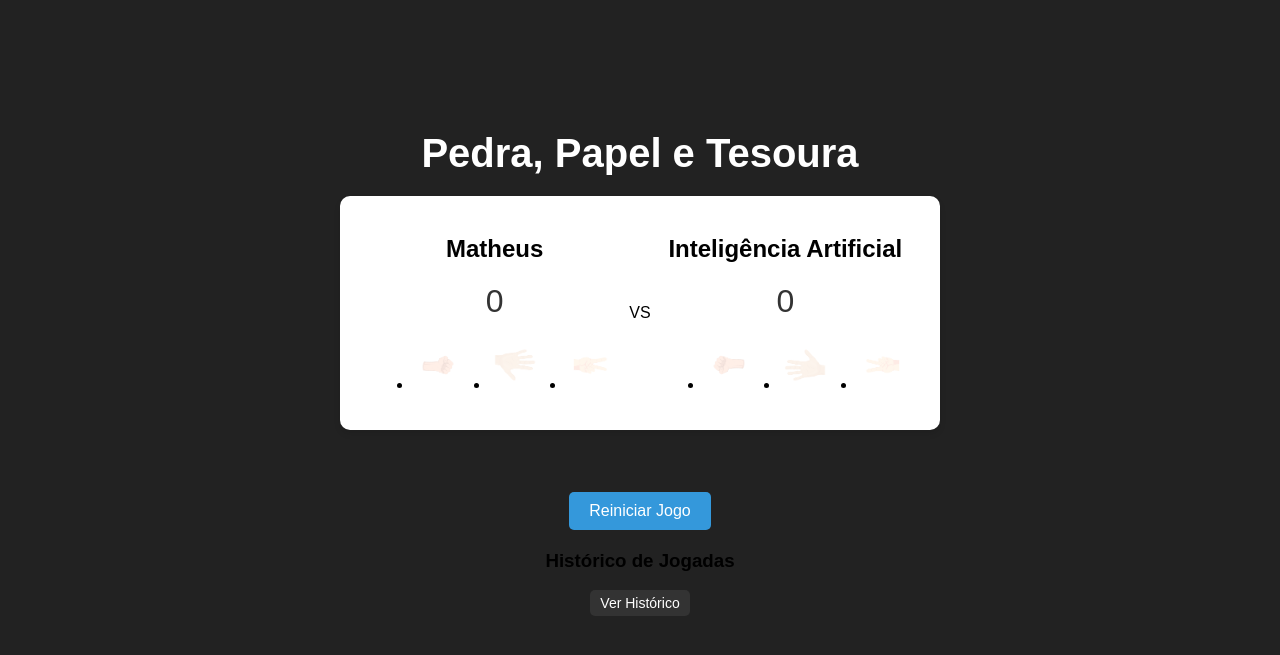
Repository: Matheus904-12/Pedra-Papel
Page: index.html
These files come from the project's save history. The page is drawn as it stood at one moment and after the next save; the edit follows.
The browser window is 1280 px wide. The pictures show the whole page.

Above is the page before, as saved 2023-08-28 20:15:51.

### index.html
<!DOCTYPE html>
<html lang="en">
<head>
    <meta charset="UTF-8">
    <meta name="viewport" content="width=device-width, initial-scale=1.0">
    <title>Pedra, Papel e Tesoura</title>
    <link rel="stylesheet" href="style.css">
    <script src="script.js"></script>
</head>
<body>
    <div class="box">
        <div class="container">
            <h1 id="titulo">Pedra, Papel e Tesoura</h1>
            <div class="placar" id="placar">
                <div class="jogador">
                    <h2 id="jogadorNome">Matheus</h2>
                    <p id="jogadorPontos">0</p>
                    <ul class="escolhas" id="jogadorEscolha">
                        <li>
                            <a id="jogadorEscolha1" class="escolha" onclick="jogar(1)">
                                <img src="img/1-removebg-preview.png" alt="">
                            </a>
                        </li>
                        <li>
                            <a id="jogadorEscolha2" class="escolha" onclick="jogar(2)">
                                <img src="img/2-removebg-preview.png" alt="">
                            </a>
                        </li>
                        <li>
                            <a id="jogadorEscolha3" class="escolha" onclick="jogar(3)">
                                <img src="img/3-removebg-preview.png" alt="">
                            </a>
                        </li>
                    </ul>
                </div>
                <div id="versus">VS</div>
                <div class="computador">
                    <h2 id="computadorNome">Inteligência Artificial</h2>
                    <p id="computadorPontos">0</p>
                    <ul class="escolhas" id="computadorEscolha">
                        <li>
                            <a id="computadorEscolha1" class="escolha">
                                <img src="img2/1.png" alt="">
                            </a>
                        </li>
                        <li>
                            <a id="computadorEscolha2" class="escolha">
                                <img src="img2/2.png" alt="">
                            </a>
                        </li>
                        <li>
                            <a id="computadorEscolha3" class="escolha">
                                <img src="img2/3.png" alt="">
                            </a>
                        </li>
                    </ul>
                </div>
            </div>
            <div class="mensagem">
                <p id="mensagem" class="result-message">&nbsp;</p>
                <button id="reiniciar-jogo" class="reiniciar-jogo" onclick="reiniciarJogo()">Reiniciar Jogo</button>
            </div>
            <div class="historico">
                <h3>Histórico de Jogadas</h3>
                <button id="historico-toggle" class="historico-toggle" onclick="mostrarHistorico()">Ver Histórico</button>
                <ul id="historico-list" class="historico-list">
                    <!-- Histórico de jogadas aqui -->
                </ul>
            </div>
        </div>
    </div>
</body>
</html>

### style.css
ul#jogadorEscolha li a,
ul#computadorEscolha li a{
    opacity: 0.2;
    transition: ease-in-out 0.3s;
}
ul#jogadorEscolha li a:hover,
ul#jogadorEscolha li a.selecionado,
ul#computadorEscolha li a.selecionado {
    opacity: 1;
}

/* Estilos gerais */
body {
    font-family: 'Arial', sans-serif;
    background-color: #222;
    margin: 0;
    padding: 0;
    transition: background-color 0.5s ease;
}

/* Estilo do container principal */
.box {
    display: flex;
    align-items: center;
    justify-content: center;
    min-height: 100vh;
    transition: background-color 0.5s ease;
}

.container {
    width: 100%;
    max-width: 600px;
    text-align: center;
}

/* Estilo do título */
#titulo {
    font-size: 2.5rem;
    color: #fff;
    margin-bottom: 20px;
}

/* Estilo do placar */
.placar {
    display: flex;
    align-items: center;
    justify-content: space-between;
    padding: 20px;
    background-color: #fff;
    border-radius: 10px;
    box-shadow: 0 4px 6px rgba(0, 0, 0, 0.1);
}

.jogador,
.computador {
    width: 50%;
}

.jogador p,
.computador p {
    font-size: 2rem;
    color: #333;
    margin: 0;
}

.escolhas {
    display: flex;
    justify-content: space-around;
    margin-top: 20px;
}

.escolhas img {
    max-width: 50px;
    cursor: pointer;
    transition: transform 0.3s ease;
}

.escolhas img:hover {
    transform: scale(1.1);
}

/* Estilo do resultado/mensagem */
.result-message {
    font-size: 1.2rem;
    margin-top: 20px;
    color: #fff;
}

.result-message.vitoria {
    color: #4CAF50;
}

.result-message.derrota {
    color: #FF5733;
}

.result-message.empate {
    color: #FFC300;
}

/* Estilo do botão reiniciar */
.reiniciar-jogo {
    background-color: #3498db;
    border: none;
    color: white;
    padding: 10px 20px;
    text-align: center;
    text-decoration: none;
    display: inline-block;
    font-size: 16px;
    border-radius: 5px;
    cursor: pointer;
    transition: background-color 0.3s ease;
}

.reiniciar-jogo:hover {
    background-color: #2980b9;
}

/* Estilo do histórico */
.historico {
    text-align: center;
    margin-top: 20px;
}

.historico-toggle {
    background-color: #333;
    border: none;
    color: white;
    padding: 5px 10px;
    font-size: 14px;
    border-radius: 5px;
    cursor: pointer;
    transition: background-color 0.3s ease;
}

.historico-toggle:hover {
    background-color: #222;
}

.historico-list {
    list-style: none;
    padding: 0;
    display: none;
    text-align: left;
}

.historico-list li {
    font-size: 14px;
    margin-bottom: 5px;
    color: #fff;
}

### script.js
let jogadorEscolha = 0;
let jogadorPontos = 0;
let computadorEscolha = 0;
let computadorPontos = 0;
let ganhador = -1;
let historico = [];

function jogar(escolha){
    jogadorEscolha = escolha;
    computadorEscolha = Math.floor(Math.random() * 3) + 1;


/*PEDRA = 1
  PAPEL = 2
  TESOURA = 3
*/

if (jogadorEscolha == 1 && computadorEscolha == 1) {
    ganhador = 0;
    //*PEDRA = PEDRA*//
} else if (jogadorEscolha == 1 && computadorEscolha == 2) {
    ganhador = 2;
    //PEDRA E PAPEL = PAPEL//
} else if (jogadorEscolha == 1 && computadorEscolha == 3) {
    ganhador = 1;
    //PEDRA E TESOURA = PEDRA//
} else if (jogadorEscolha == 2 && computadorEscolha == 1) {
    ganhador = 1;
    //PAPEL E PEDRA = PEDRA
} else if (jogadorEscolha == 2 && computadorEscolha == 2) {
    ganhador =  0;
    //PAPEL E PAPEL = NADA
} else if (jogadorEscolha == 2 && computadorEscolha == 3) {
    ganhador = 2;
    //PAPEL E TESOURA = TESOURA
} else if (jogadorEscolha == 3 && computadorEscolha == 1) {
    ganhador = 2;
    //TESOURA E PEDRA = PEDRA
} else if (jogadorEscolha == 3 && computadorEscolha == 2) {
    ganhador = 1;
    //TESOURA E PAPEL = TESOURA
} else if (jogadorEscolha == 3 && computadorEscolha == 3) {
    ganhador = 0;
    //TESOURA E TESOURA = EMPATE
}


document.getElementById('jogadorEscolha1').classList.remove('selecionado');
document.getElementById('jogadorEscolha2').classList.remove('selecionado');
document.getElementById('jogadorEscolha3').classList.remove('selecionado');
document.getElementById('computadorEscolha1').classList.remove('selecionado');
document.getElementById('computadorEscolha2').classList.remove('selecionado');
document.getElementById('computadorEscolha3').classList.remove('selecionado');



document.getElementById('jogadorEscolha'+jogadorEscolha).classList.add('selecionado');
document.getElementById('computadorEscolha'+computadorEscolha).classList.add('selecionado');


/*
EMPATE = 0;
JOGADOR = 1;
COMPUTADOR = 2;
*/


// Atualizar placar
if (ganhador === 1) {
    jogadorPontos++;
} else if (ganhador === 2) {
    computadorPontos++;
}

document.getElementById('jogadorPontos').textContent = jogadorPontos;
document.getElementById('computadorPontos').textContent = computadorPontos;


// Mensagem do resultado
let mensagem = '';
if (ganhador === 1) {
    mensagem = 'Você venceu!';
} else if (ganhador === 2) {
    mensagem = 'Você perdeu!';
} else {
    mensagem = 'Empate!';
}

// Adicionar ao histórico
historico.push({
    jogador: jogadorEscolha,
    computador: computadorEscolha,
    resultado: ganhador
});

// Atualizar elementos na página
document.getElementById('jogadorPontos').textContent = jogadorPontos;
document.getElementById('computadorPontos').textContent = computadorPontos;
document.querySelector('.result-message').textContent = mensagem;
document.querySelector('.result-message').className = `result-message ${ganhadorClass}`;

// Exibir histórico
mostrarHistorico();

// Adicionar classe de estilo à mensagem
let mensagemElement = document.getElementById('mensagem');
mensagemElement.classList.remove('vitoria', 'derrota', 'empate');
if (ganhador === 1) {
    mensagemElement.classList.add('vitoria');
} else if (ganhador === 2) {
    mensagemElement.classList.add('derrota');
} else {
    mensagemElement.classList.add('empate');
}
}

function mostrarHistorico() {
let historicoList = document.getElementById('historico-list');
historicoList.innerHTML = '';

for (let i = 0; i < historico.length; i++) {
    let item = historico[i];
    let resultado = '';
    if (item.resultado === 1) {
        resultado = 'Vitória';
    } else if (item.resultado === 2) {
        resultado = 'Derrota';
    } else {
        resultado = 'Empate';
    }

    let listItem = document.createElement('li');
    listItem.textContent = `Jogador: ${item.jogador} | Computador: ${item.computador} | Resultado: ${resultado}`;
    historicoList.appendChild(listItem);
}


document.getElementById('historico-toggle').addEventListener('click', function() {
    const historicoList = document.querySelector('.historico-list');
    historicoList.style.display = historicoList.style.display === 'none' ? 'block' : 'none';
    this.textContent = historicoList.style.display === 'none' ? 'Ver Histórico' : 'Esconder Histórico';
});

// Mensagem do resultado
let mensagem = '';
if (ganhador === 1) {
    mensagem = 'Você venceu!';
} else if (ganhador === 2) {
    mensagem = 'Você perdeu!';
} else {
    mensagem = 'Empate!';
}

// Adicionar ao histórico
historico.push({
    jogador: jogadorEscolha,
    computador: computadorEscolha,
    resultado: ganhador
});


// Atualizar elementos na página
document.getElementById('jogadorPontos').textContent = jogadorPontos;
document.getElementById('computadorPontos').textContent = computadorPontos;
document.querySelector('.result-message').textContent = mensagem;
document.querySelector('.result-message').className = `result-message ${ganhadorClass}`;


 // Adicionar classe de estilo à mensagem
let mensagemElement = document.querySelector('.mensagem');
mensagemElement.classList.remove('vitoria', 'derrota', 'empate');
if (ganhador === 1) {
    mensagemElement.classList.add('vitoria');
} else if (ganhador === 2) {
    mensagemElement.classList.add('derrota');
} else {
    mensagemElement.classList.add('empate');
}

// Atualizar estilo da página com base no resultado
document.querySelector('.box').className = `box ${ganhadorClass}`;




// Atualizar cor de fundo com base no resultado
if (ganhador === 1) {
    document.body.style.backgroundColor = '#4CAF50'; // Verde
} else if (ganhador === 2) {
    document.body.style.backgroundColor = '#FF5733'; // Vermelho
} else {
    document.body.style.backgroundColor = '#FFC300'; // Amarelo
}


// Selecionar escolha do jogador
document.getElementById(`jogadorEscolha${jogadorEscolha}`).classList.add('selecionado');


// Atualizar escolhas do jogador
document.getElementById(`jogadorEscolha${jogadorEscolha}`).classList.add('selecionado');
document.getElementById(`computadorEscolha${computadorEscolha}`).classList.add('selecionado');

// Atualizar estilo da página com base no resultado
document.querySelector('.box').className = `box ${ganhadorClass}`;

// Função para reiniciar o jogo
function reiniciarJogo() {
    jogadorPontos = 0;
    computadorPontos = 0;
    historico = [];
    limparEscolhas();
    atualizarPlacar();
    limparMensagem();
    mostrarHistorico();
    resetarEstiloPagina();
}

// Limpar escolhas selecionadas
function limparEscolhas() {
    document.querySelectorAll('.escolha').forEach(element => {
        element.classList.remove('selecionado');
    });
}

// Atualizar placar
function atualizarPlacar() {
    document.getElementById('jogadorPontos').textContent = jogadorPontos;
    document.getElementById('computadorPontos').textContent = computadorPontos;
}

// Limpar mensagem do resultado
function limparMensagem() {
    document.querySelector('.result-message').textContent = '';
    document.querySelector('.mensagem').className = 'mensagem';
}

// Resetar estilo da página
function resetarEstiloPagina() {
    document.querySelector('.box').className = 'box';
}

// Botão de reiniciar o jogo
document.getElementById('reiniciar-jogo').addEventListener('click', function() {
    reiniciarJogo();
});


// Função para reiniciar o jogo
function reiniciarJogo() {
    jogadorPontos = 0;
    computadorPontos = 0;
    historico = [];
    limparEscolhas();
    atualizarPlacar();
    limparMensagem();
    mostrarHistorico();
    resetarEstiloPagina();
}

// Limpar escolhas selecionadas
function limparEscolhas() {
    document.querySelectorAll('.escolha').forEach(element => {
        element.classList.remove('selecionado');
    });
}

// Atualizar placar
function atualizarPlacar() {
    document.getElementById('jogadorPontos').textContent = jogadorPontos;
    document.getElementById('computadorPontos').textContent = computadorPontos;
}

// Limpar mensagem do resultado
function limparMensagem() {
    document.querySelector('.result-message').textContent = '';
    document.querySelector('.mensagem').className = 'mensagem';
}

// Resetar estilo da página
function resetarEstiloPagina() {
    document.querySelector('.box').className = 'box';
}

// Botão de reiniciar o jogo
document.getElementById('reiniciar-jogo').addEventListener('click', function() {
    reiniciarJogo();
});


}

After the next save:
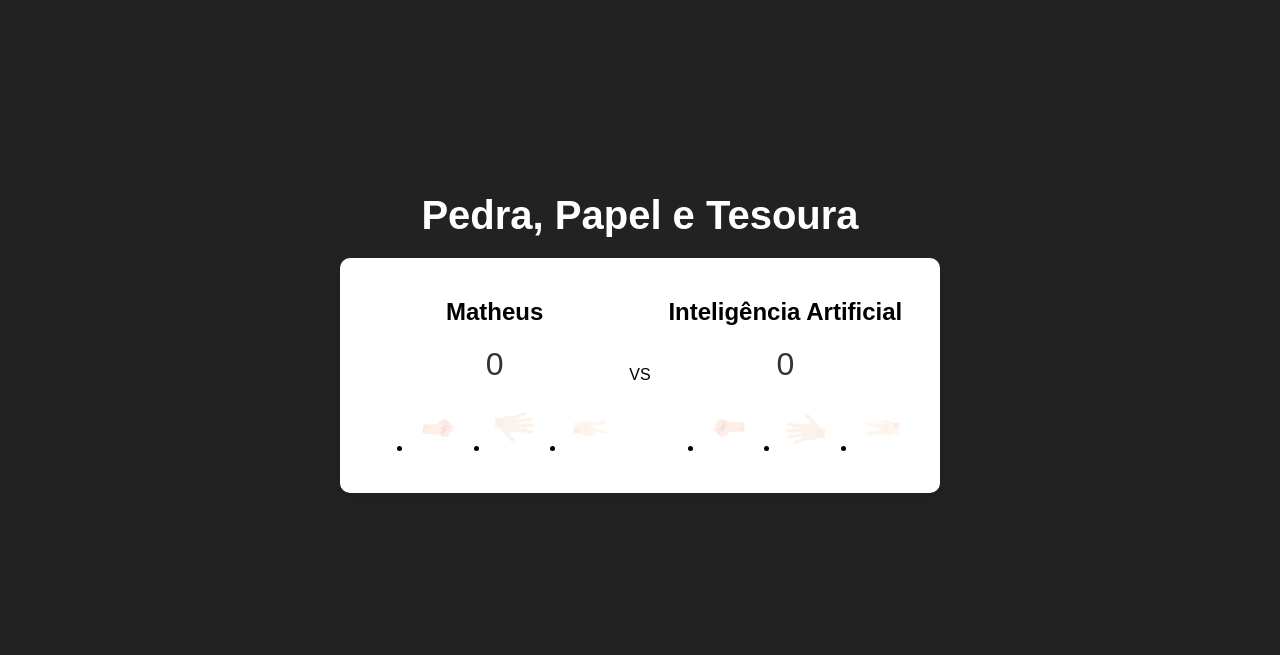
Saved 77 min 27 s later.
--- a/index.html
+++ b/index.html
@@ -58,16 +58,7 @@
             </div>
             <div class="mensagem">
                 <p id="mensagem" class="result-message">&nbsp;</p>
-                <button id="reiniciar-jogo" class="reiniciar-jogo" onclick="reiniciarJogo()">Reiniciar Jogo</button>
-            </div>
-            <div class="historico">
-                <h3>Histórico de Jogadas</h3>
-                <button id="historico-toggle" class="historico-toggle" onclick="mostrarHistorico()">Ver Histórico</button>
-                <ul id="historico-list" class="historico-list">
-                    <!-- Histórico de jogadas aqui -->
-                </ul>
-            </div>
-        </div>
+
     </div>
 </body>
 </html>
